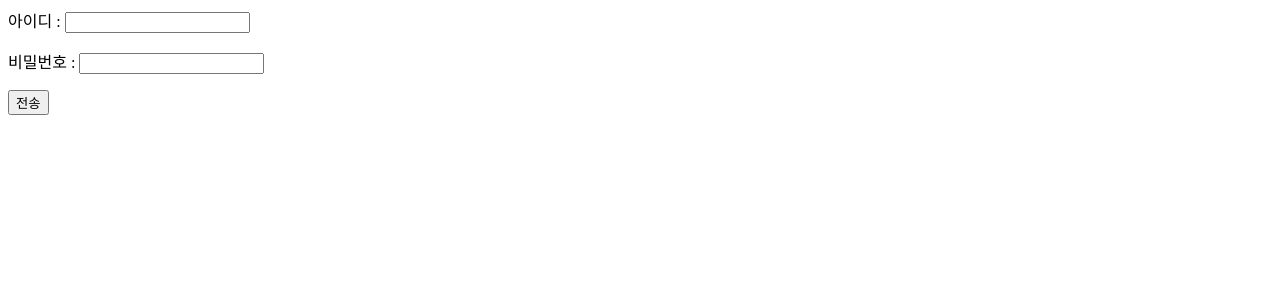
Repository: pojh5090/JspProgramming
Page: http://localhost/JSPBook/ch05/request03.jsp
These files come from the project's save history. The page is drawn as it stood at one moment and after the next save; the edit follows.
The browser window is 1280 px wide. The pictures show the whole page.
The page is served by Tomcat 9.

Above is the page before, as saved 2020-04-09 04:29:22.

After the next save:
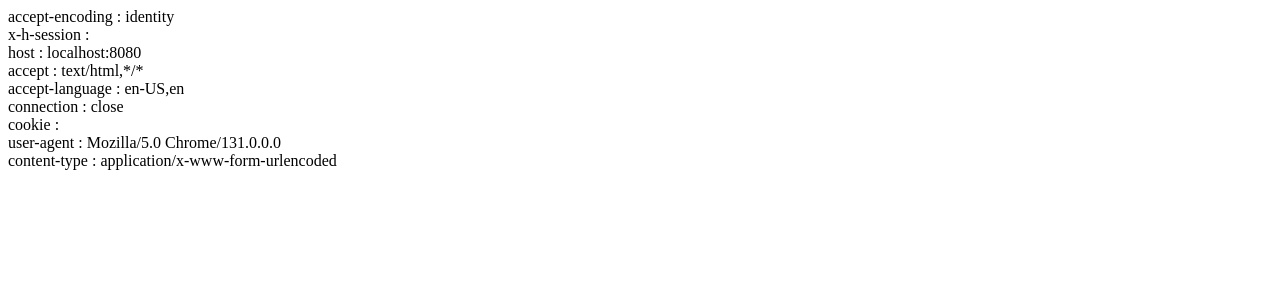
Saved 12 min 36 s later.
--- a/JSPBook/WebContent/ch05/request03.jsp
+++ b/JSPBook/WebContent/ch05/request03.jsp
@@ -1,5 +1,6 @@
 <%@ page language="java" contentType="text/html; charset=UTF-8"
     pageEncoding="UTF-8"%>
+<%@ page import="java.util.Enumeration" %>
 <!DOCTYPE html PUBLIC>
 <html>
 <head>
@@ -7,10 +8,15 @@
 <title>Implicit Objects</title>
 </head>
 <body>
-	<form action="request01_process.jsp" method="post">
-		<p>아이디 : <input type="text" name="id">
-		<p>비밀번호 : <input type="text" name="passwd">
-		<p> <input type="submit" value="전송" />
-	</form>
+	<%
+		Enumeration en = request.getHeaderNames();
+		while (en.hasMoreElements()) {
+			String headerName = (String) en.nextElement();
+			String headerValue = request.getHeader(headerName);
+	%>
+	<%=headerName %> : <%=headerValue %><br>
+	<%
+		}
+	%>
 </body>
 </html>
